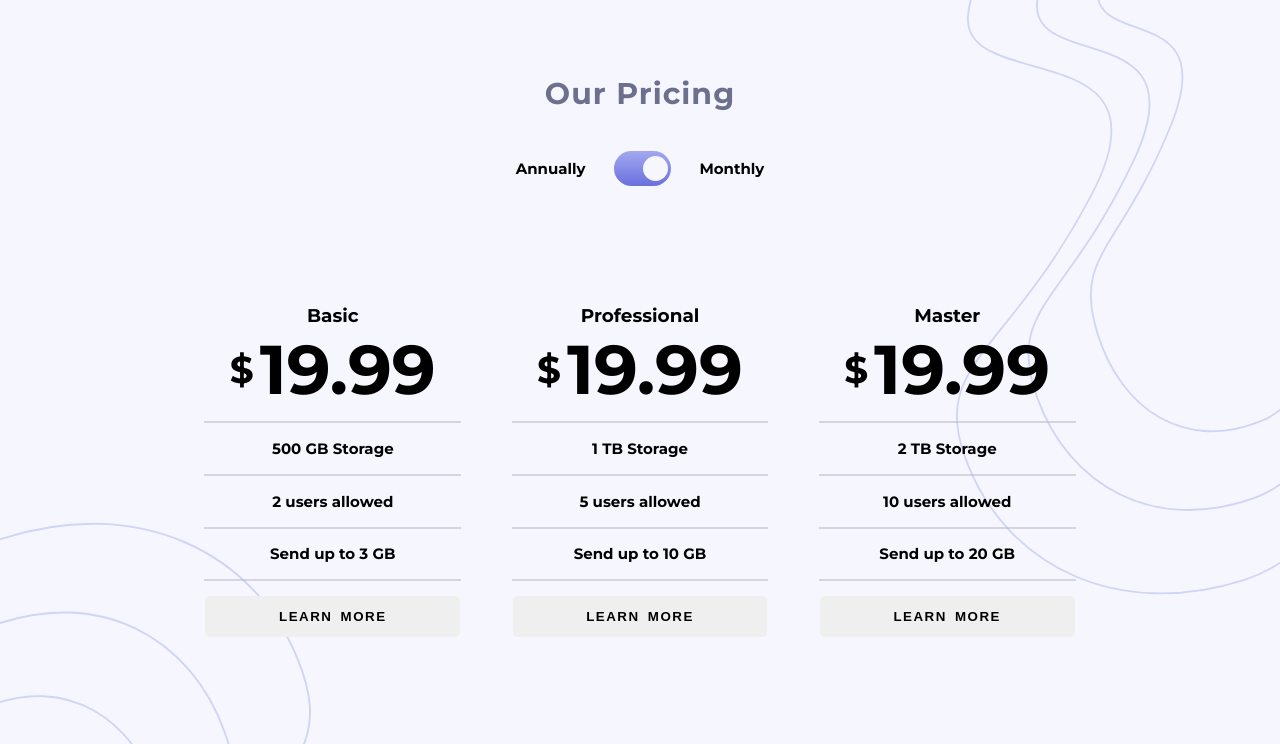
Repository: lah23500/Pricing-App
Page: Price landing page/index.html
The author's editor kept a copy of each file at every save. The page is drawn from the files as they stood at one save, then again after the next save.
The browser window is 1280 px wide. The pictures show the whole page.

Above is the page before, as saved 2024-01-19 14:37:44.

### Price landing page/index.html
<!DOCTYPE html>
<html lang="en">
  <head>
    <meta charset="UTF-8" />
    <meta name="viewport" content="width=device-width, initial-scale=1.0" />
    <link rel="stylesheet" href="styles.css">
    <title>Pricing Component with Toggle</title>
  </head>

  <body>
    <header>

      <h1>Our Pricing</h1>
      <nav>
        <p>Annually</p>
<button class="toggle-area monthly">
    <div class="toggle-btn"</div>
</button>
        <p>Monthly</p>
      </nav>
    </header>
    <main>
      <section class="pricing-container">
        <!-- Container 1 -->
          <article class="pricing container">
      <h2>Basic</h2>

     <p class="price-1"><span class="dollar-sign">&dollar;</span>19.99</p>
      <ul>
        <hr />
        <li>500 GB Storage</li>
        <hr />
        <li>2 users allowed</li>
        <hr />
        <li>Send up to 3 GB</li>
        <hr />
      </ul>

      <button>LEARN MORE</button>
          </article>

      <!-- Container 2 -->
          <article class="pricing container">
      <h2>Professional</h2>

      <p class="price-2"><span class="dollar-sign">&dollar;</span>19.99</p>
      <ul>
        <hr />
        <li>1 TB Storage</li>
        <hr />
        <li>5 users allowed</li>
        <hr />
        <li>Send up to 10 GB</li>
        <hr />
      </ul>
      <button>LEARN MORE</button>
          </article>

          <!-- Container 3 -->
          <article class="pricing container">
      <h2>Master</h2>
<p class="price-3"><span class="dollar-sign">&dollar;</span>19.99</p>

      <ul>
        <hr />
        <li>2 TB Storage</li>
        <hr />
        <li>10 users allowed</li>
        <hr />
        <li>Send up to 20 GB</li>
        <hr />
      </ul>
      <button>LEARN MORE</button>
          </article>
    </main>

    <script src="app.js"></script>
  </body>
</html>

### Price landing page/styles.css
@import url("https://fonts.googleapis.com/css2?family=Montserrat:wght@700&display=swap");

:root {
  --gradient: hsl(236, 72%, 79%), hsl(237, 63%, 64%);
  --purple: hsl(237, 63%, 64%);
  --very-light-grayish-blue: hsl(240, 78%, 98%);
  --light-grayish-blue: hsl(234, 14%, 74%);
  --grayish-blue: hsl(233, 13%, 49%);
  --dark-grayish-blue: hsl(232, 13%, 33%);
  --white: white;
  --body-font: "Montserrat", sans-serif;
  --transition: all ease-in-out 0.3s;
}

* {
  margin: 0;
  padding: 0;
}

html {
  font-size: 15px;
}

body {
  -ms-overflow-style: none; /* for Internet Explorer, Edge */
  scrollbar-width: none; /* for Firefox */
  overflow-y: scroll;
  box-sizing: border-box;
  font-family: var(--body-font);
  background-color: var(--very-light-grayish-blue);
  background-image: url("images/bg-top.svg"), url("images/bg-bottom.svg");
  background-repeat: no-repeat, no-repeat;
  background-size: 26.5%, 26.5%;
  background-position: top 0 right -1rem, bottom -4.7rem left -1.9rem;
}

body::-webkit-scrollbar {
  display: none; /* for Chrome, Safari, and Opera */
}

main {
  width: 100%;
  margin: 0 auto;
  text-align: center;
  margin-top: 5rem;
  margin-bottom: 5rem;
}

h1 {
  color: var(--grayish-blue);
  font-size: 2rem;
  font-weight: 700;
  letter-spacing: 1px;
}
header {
  display: flex;
  flex-direction: column;
  margin: 0 auto;
  justify-content: center;
  align-items: center;
  padding: 5rem;
  padding-bottom: 0;
  gap: 2.6rem;
}
/* Toggle Section */
nav {
  display: inline-flex;
  flex-direction: row;
  gap: 1.9rem;
  align-items: center;
}

.toggle-area {
  border: none;
  position: relative;
  display: inline-flex;
  align-items: center;
  cursor: pointer;
  width: 3.8rem;
  height: 2.3rem;
  border-radius: 25px;
  background: linear-gradient(var(--gradient));
}

.toggle-btn {
  cursor: pointer;
  position: relative;
  width: 1.7rem;
  height: 1.7rem;
  margin: 5%;
  border-radius: 50%;
  background-color: var(--very-light-grayish-blue);
}

.toggle-area.monthly {
  justify-content: flex-end;
  align-content: flex-end;
}

.toggle-area.anually {
  justify-content: flex-start;
  align-content: flex-start;
}

.toggle-section p {
  color: var(--light-grayish-blue);
}

/* Pricing Section */

.pricing-container {
  display: grid;
  width: 72%;
  grid-template-columns: repeat(3, 1fr);
  margin: 0 auto;
  margin-top: 5.8rem;
  max-width: 1440px;
}

.pricing {
  display: grid;
  grid-template-columns: 1fr;
  align-items: center;
  border-radius: 10px;
  padding: 2.1rem 0.8rem;
}

.container-2 {
  background: linear-gradient(var(--gradient));
  color: var(--white);
  margin-top: -1.6rem;
  margin-bottom: -1.6rem;
  padding: 3rem 1rem;
}
.container-1,
.container-3 {
  background-color: var(--white);
  gap: 1.3rem;
}

.pricing h2 {
  font-size: 1.23rem;
  font-weight: 700;
}

.container-1 h2,
.container-1 li,
.container-3 h2,
.container-3 li {
  color: var(--light-grayish-blue);
}
.pricing p {
  display: flex;
  align-items: center;
  gap: 6px;
  margin: 0 auto;
  font-size: 4.6rem;
}

.dollar-sign {
  font-size: 2.5rem;
}

.container-1 p,
.container-3 p {
  color: var(--dark-grayish-blue);
}

hr {
  width: 90%;
  border-width: 0.5px;
  margin: 0 auto;
  border-color: transparent;
  border-color: var(--light-grayish-blue);
  border-style: solid;
  opacity: 0.5;
}
.pricing ul {
  list-style: none;
  margin-top: 10px;
}

.pricing ul li {
  padding: 1.06rem;
}

.pricing button {
  cursor: pointer;
  width: 90%;
  margin: 0 auto;
  margin-top: 1rem;
  border-radius: 5px;
  border-color: transparent;
  border-style: solid;
  border-width: 1px;
  padding: 0.8rem;
  text-transform: uppercase;
  letter-spacing: 1.5px;
  word-spacing: 3px;
  font-weight: 700;
  text-align: center;
}

.container-2 button {
  color: var(--purple);
  background-color: var(--white);
  transition: var(--transition);
}
.container-1 button,
.container-3 button {
  color: var(--white);
  background: linear-gradient(var(--gradient));
  background-repeat: no-repeat;
  transition: background ease-in-out 0.3s;
  transition: color ease-in-out 0.3s;
}

@media (hover: hover) {
  .container-1 button:hover,
  .container-3 button:hover {
    background: transparent;
    border-color: var(--light-grayish-blue);
    color: var(--purple);
    border-width: 1px;
    transition: background ease-in-out 0.3s;
    transition: color ease-in-out 0.3s;
  }
  .container-2 button:hover {
    background-color: transparent;
    border-color: var(--white);
    color: var(--white);
    border-width: 1px;
    transition: var(--transition);
  }
}

@media screen and (max-width: 1025px) {
  .pricing-container {
    width: 50%;
    grid-template-columns: 1fr;
    margin-top: 5.8rem;
    gap: 5rem;
  }

  .container-2 {
    margin-top: initial;
    margin-bottom: initial;
  }
  .container-2 ul li {
    padding: 1.06rem;
  }

  .container-2 h2 {
    padding-top: initial;
  }
  .container-2 p {
    margin-top: initial;
  }
}

@media screen and (max-width: 800px) {
  body {
    background-size: 80%, 26.5%;
    background-position: top 0 right -10rem, bottom -4.7rem left -1.9rem;
  }
  .pricing-container {
    width: 60%;
  }
}

@media screen and (max-width: 600px) {
  .pricing-container {
    width: 90%;
  }
}

### Price landing page/app.js
"use strict";

const toggleBtn = document.querySelector(".toggle-btn");
const toggleArea = document.querySelector(".toggle-area");
const basicPrice = document.querySelector(".price-1");
const profPrice = document.querySelector(".price-2");
const masterPrice = document.querySelector(".price-3");

toggleArea.addEventListener("click", function (e) {
  e.preventDefault();
  if (toggleArea.classList.contains("monthly")) {
    toggleArea.classList.remove("monthly");
    toggleArea.classList.add("anually");
    basicPrice.innerHTML = `<p class="price-1"> <span class="dollar-sign">&dollar;</span>199.99</p>`;
    profPrice.innerHTML = `  <p class="price-2"> <span class="dollar-sign">&dollar;</span>249.99</p>`;
    masterPrice.innerHTML = `  <p class="price-3"> <span class="dollar-sign">&dollar;</span>399.99</p>`;
  } else {
    toggleArea.classList.add("monthly");
    toggleArea.classList.remove("anually");
    basicPrice.innerHTML = `<p class="price-1"> <span class="dollar-sign">&dollar;</span>19.99</p>`;
    profPrice.innerHTML = `  <p class="price-2"> <span class="dollar-sign">&dollar;</span>24.99</p>`;
    masterPrice.innerHTML = `  <p class="price-3"> <span class="dollar-sign">&dollar;</span>39.99</p>`;
  }
});

After the next save:
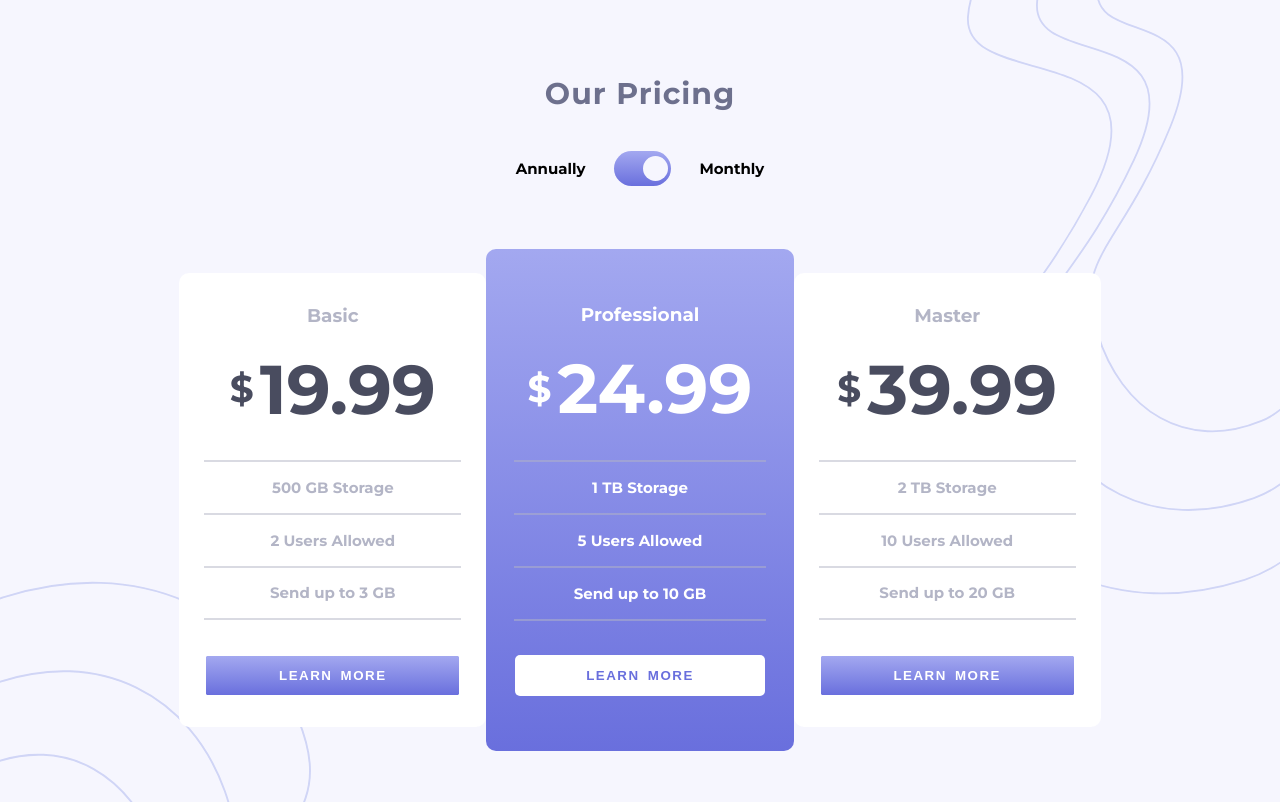
Saved 44 s later.
--- a/Price landing page/index.html
+++ b/Price landing page/index.html
@@ -2,76 +2,84 @@
 <html lang="en">
   <head>
     <meta charset="UTF-8" />
+    <meta
+      name="description"
+      content="Frontend Mentor - Pricing Component With Toggle"
+    />
+    <meta
+      name="keywords"
+      content="Pricing Component With Toggle, Frontend Mentor"
+    />
     <meta name="viewport" content="width=device-width, initial-scale=1.0" />
-    <link rel="stylesheet" href="styles.css">
-    <title>Pricing Component with Toggle</title>
+    <link
+      rel="icon"
+      type="image/png"
+      sizes="32x32"
+      href="images/favicon-32x32.png"
+    />
+    <link rel="stylesheet" href="styles.css" />
+    <title>Pricing Component With Toggle</title>
   </head>
 
   <body>
     <header>
-
       <h1>Our Pricing</h1>
       <nav>
         <p>Annually</p>
-<button class="toggle-area monthly">
-    <div class="toggle-btn"</div>
-</button>
+        <button class="toggle-area monthly">
+          <div class="toggle-btn"></div>
+        </button>
         <p>Monthly</p>
       </nav>
     </header>
     <main>
       <section class="pricing-container">
         <!-- Container 1 -->
-          <article class="pricing container">
-      <h2>Basic</h2>
-
-     <p class="price-1"><span class="dollar-sign">&dollar;</span>19.99</p>
-      <ul>
-        <hr />
-        <li>500 GB Storage</li>
-        <hr />
-        <li>2 users allowed</li>
-        <hr />
-        <li>Send up to 3 GB</li>
-        <hr />
-      </ul>
-
-      <button>LEARN MORE</button>
-          </article>
-
-      <!-- Container 2 -->
-          <article class="pricing container">
-      <h2>Professional</h2>
-
-      <p class="price-2"><span class="dollar-sign">&dollar;</span>19.99</p>
-      <ul>
-        <hr />
-        <li>1 TB Storage</li>
-        <hr />
-        <li>5 users allowed</li>
-        <hr />
-        <li>Send up to 10 GB</li>
-        <hr />
-      </ul>
-      <button>LEARN MORE</button>
-          </article>
-
-          <!-- Container 3 -->
-          <article class="pricing container">
-      <h2>Master</h2>
-<p class="price-3"><span class="dollar-sign">&dollar;</span>19.99</p>
-
-      <ul>
-        <hr />
-        <li>2 TB Storage</li>
-        <hr />
-        <li>10 users allowed</li>
-        <hr />
-        <li>Send up to 20 GB</li>
-        <hr />
-      </ul>
-      <button>LEARN MORE</button>
-          </article>
+        <article class="pricing container-1">
+          <h2>Basic</h2>
+          <p class="price-1"><span class="dollar-sign">&dollar;</span>19.99</p>
+          <ul>
+            <hr />
+            <li>500 GB Storage</li>
+            <hr />
+            <li>2 Users Allowed</li>
+            <hr />
+            <li>Send up to 3 GB</li>
+            <hr />
+          </ul>
+          <button>Learn more</button>
+        </article>
+        <!-- Container 2 -->
+        <article class="pricing container-2">
+          <h2>Professional</h2>
+          <p class="price-2"><span class="dollar-sign">&dollar;</span>24.99</p>
+          <ul>
+            <hr />
+            <li>1 TB Storage</li>
+            <hr />
+            <li>5 Users Allowed</li>
+            <hr />
+            <li>Send up to 10 GB</li>
+            <hr />
+          </ul>
+          <button>Learn more</button>
+        </article>
+        <!-- Container 3 -->
+        <article class="pricing container-3">
+          <h2>Master</h2>
+          <p class="price-3"><span class="dollar-sign">&dollar;</span>39.99</p>
+          <ul>
+            <hr />
+            <li>2 TB Storage</li>
+            <hr />
+            <li>10 Users Allowed</li>
+            <hr />
+            <li>Send up to 20 GB</li>
+            <hr />
+          </ul>
+          <button>Learn more</button>
+        </article>
+      </section>
     </main>
 
     <script src="app.js"></script>
